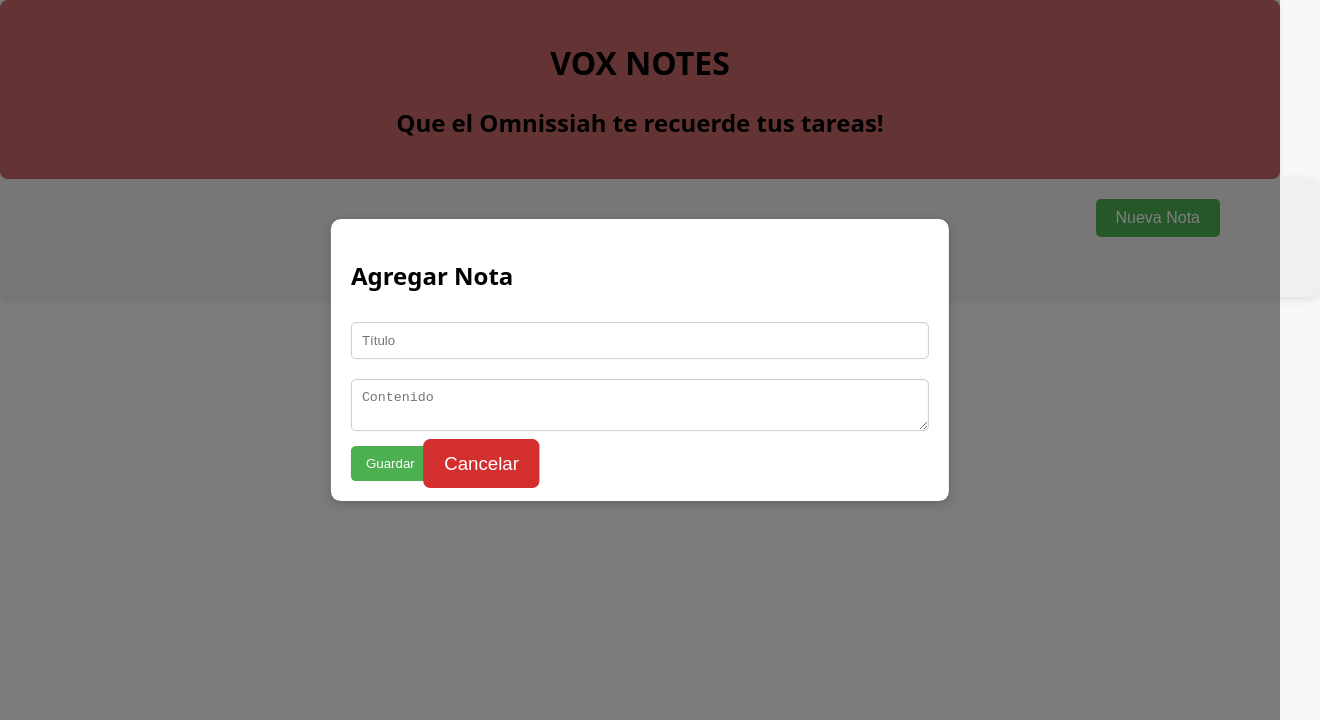
Repository: xunxuno/aplicacion_web_notas
Page: / (app in notas_web_app/), after clicking the first element matching `button.add-note-button`
The author's editor kept a copy of each file at every save. The page is drawn from the files as they stood at one save, then again after the next save.
The browser window is 1280 px wide. The page is 1320 px wide, so the pictures cover 1320 px, including what lies to the right of the window. The pictures show the whole page.
The pointer rests on the first visible `.modal-content .cancel-button`.
The project was rebuilt for these pictures with package versions that can differ from the ones it lists, and the page was loaded fresh each time. Also part of the build but not shown: notas_web_app/vite.config.ts, notas_web_app/src/components/Note.tsx, notas_web_app/src/components/NoteCollection.tsx.

Above is the page before, as saved 2024-10-03 12:47:09.

### notas_web_app/src/main.tsx
import React from 'react';
import ReactDOM from 'react-dom/client'; // Cambiado a ReactDOM para el nuevo root API
import App from './App';
import { NotesProvider } from './contexts/NotesContext';
import './styles.css';

ReactDOM.createRoot(document.getElementById('root')!).render(
  <React.StrictMode>
    <NotesProvider>
      <App />
    </NotesProvider>
  </React.StrictMode>,
);

### notas_web_app/src/App.tsx
// src/App.tsx
import React, { useState, useContext, useEffect } from 'react';
import { NotesProvider, NotesContext } from './contexts/NotesContext';
import NoteCollection from './components/NoteCollection';
import NoteModal from './components/NoteModal';
import './styles.css';
import AppBar from './components/AppBar';
import { DndProvider } from 'react-dnd';
import { HTML5Backend } from 'react-dnd-html5-backend';

interface Note {
  id: string;
  title: string;
  content: string;
  collectionId: string;
}

interface NoteCollectionInterface {
  id: string;
  notes: Note[];
}

const App: React.FC = () => {
  const [isModalOpen, setModalOpen] = useState(false);
  const [activeCollectionId, setActiveCollectionId] = useState<string | null>(null);
  const { state, dispatch } = useContext(NotesContext);

  useEffect(() => {
    console.log("Actualización de colecciones:");
    state.collections.forEach((collection: NoteCollectionInterface) => {
      console.log(`Notas en la colección ${collection.id}:`);
      collection.notes.forEach((n: Note) => {
        console.log(`Nota ID: ${n.id}, Título: ${n.title}, Contenido: ${n.content}`);
      });
    });
  }, [state.collections]);

  const handleAddNote = (note: Omit<Note, 'id'>) => {
    // Usa el ID de colección disponible en el estado
    const collectionIdToUse = state.nextCollectionId.toString();

    // Crea la nota con el ID de colección y luego incrementa el siguiente ID
    dispatch({
      type: 'ADD_NOTE',
      payload: { collectionId: collectionIdToUse, note },
    });

    // Incrementa el ID de colección para la próxima nota
    dispatch({ type: 'INCREMENT_COLLECTION_ID' });

    setModalOpen(false);
  };

  const handleOpenModal = () => {
    if (state.collections.length === 0) {
      setActiveCollectionId(null);
    } else {
      setActiveCollectionId(state.collections[0].id);
    }
    setModalOpen(true);
  };

  return (
    <NotesProvider>
      <DndProvider backend={HTML5Backend}>
        <AppBar />
        <div className="app-container">
          <div className="button-container">
            <button className="add-note-button" onClick={handleOpenModal}>
              Nueva Nota
            </button>
          </div>

          <div className="collections-container">
            {state.collections.map((collection: NoteCollectionInterface) => (
              <NoteCollection
                key={collection.id}
                collection={collection}
                onNoteClick={(noteId) => {
                  console.log("Nota ID:", noteId);
                }}
                onCollectionClick={() => setActiveCollectionId(collection.id)}
                onNoteMove={(noteId, targetCollectionId) => {
                  dispatch({ type: 'MOVE_NOTE', payload: { noteId, targetCollectionId } });
                }}
                onDelete={(noteId) => {
                  dispatch({ type: 'DELETE_NOTE', payload: { noteId } });
                }}
              />
            ))}
          </div>

          {isModalOpen && (
            <NoteModal
              onClose={() => setModalOpen(false)}
              onAddNote={handleAddNote}
              activeCollectionId={activeCollectionId!}
            />
          )}
        </div>
      </DndProvider>
    </NotesProvider>
  );
};

export default App;

### notas_web_app/src/contexts/NotesContext.tsx
import React, { createContext, useReducer, ReactNode } from 'react';

interface Note {
  id: string;
  title: string;
  content: string;
}


interface NoteCollectionInterface {
  id: string; // ID de la colección, generado de manera secuencial
  notes: Note[]; // Lista de notas en la colección
}

interface NotesState {
  collections: NoteCollectionInterface[];
  nextNoteId: number; // Para los IDs de las notas
  nextCollectionId: number; // Para los IDs de las colecciones
}



interface AddNoteAction {
  type: 'ADD_NOTE';
  payload: {
    collectionId: string;
    note: Note;
  };
}

interface DeleteNoteAction {
  type: 'DELETE_NOTE';
  payload: {
    collectionId: string;
    noteId: string;
  };
}

interface MoveNoteAction {
  type: 'MOVE_NOTE';
  payload: {
    noteId: string;
    targetCollectionId: string;
  };
}
type NotesAction = AddNoteAction | DeleteNoteAction | MoveNoteAction;

const initialState: NotesState = {
  collections: [],
  nextNoteId: 1, // Empieza desde 1 para el ID de notas
  nextCollectionId: 1, // Empieza desde 1 para el ID de colecciones
};



const NotesContext = createContext<any>(null);

// Reducer para manejar las acciones
const notesReducer = (state: NotesState, action: NotesAction): NotesState => {
  switch (action.type) {
    case 'ADD_NOTE':
      const newNoteId = state.nextNoteId; // ID de la nueva nota
      const collectionId = action.payload.collectionId || state.nextCollectionId.toString();

      // Verificar si la colección ya existe
      const collectionExists = state.collections.some(collection => collection.id === collectionId);

      const updatedCollections = collectionExists
        ? state.collections.map(collection => {
            if (collection.id === collectionId) {
              const newNote = {
                ...action.payload.note,
                id: newNoteId.toString(), // Asigna el nuevo ID a la nota
              };
              return {
                ...collection,
                notes: [...collection.notes, newNote],
              };
            }
            return collection;
          })
        : [
            ...state.collections,
            {
              id: state.nextCollectionId.toString(), // Crea una nueva colección con ID secuencial
              notes: [
                {
                  ...action.payload.note,
                  id: newNoteId.toString(), // Asigna el nuevo ID a la nota
                  collectionId: state.nextCollectionId.toString(), // Asigna el ID de colección a la nota
                },
              ],
            },
          ];

      return {
        ...state,
        collections: updatedCollections,
        nextNoteId: state.nextNoteId + 1, // Incrementa el ID de la nota
        nextCollectionId: state.nextCollectionId + 1, // Incrementa el ID de la colección para la próxima
      };
    case 'DELETE_NOTE':
      return {
        ...state,
        collections: state.collections.map(collection => ({
          ...collection,
          notes: collection.notes.filter(note => note.id !== action.payload.noteId),
        })),
      };
      case 'MOVE_NOTE': {
        const { noteId, targetCollectionId } = action.payload;

        const sourceCollection = state.collections.find((collection) =>
          collection.notes.find((note) => note.id === noteId)
        );

        if (sourceCollection) {
          // Remover la nota de la colección de origen
          sourceCollection.notes = sourceCollection.notes.filter((note) => note.id !== noteId);

          // Agregar la nota a la colección de destino
          const targetCollection = state.collections.find(
            (collection) => collection.id === targetCollectionId
          );

          if (targetCollection) {
            const noteToMove = sourceCollection.notes.find((note) => note.id === noteId);
            if (noteToMove) {
              targetCollection.notes.push(noteToMove);
            }
          }
        }
        return { ...state, collections: [...state.collections] };
      }
      default:
        return state;
  }
};


// Proveedor del contexto con soporte para 'children'
interface NotesProviderProps {
  children: ReactNode; // Definir el tipo de la prop 'children'
}

const NotesProvider: React.FC<NotesProviderProps> = ({ children }) => {
  const [state, dispatch] = useReducer(notesReducer, initialState);

  return (
    <NotesContext.Provider value={{ state, dispatch }}>
      {children}
    </NotesContext.Provider>
  );
};

export { NotesContext, NotesProvider, notesReducer };

### notas_web_app/src/styles.css
body {
    font-family: 'Noto Sans', sans-serif;
    background-color: #f7f7f7;
    margin: 0;
    padding: 0;
    color: #000;
  }


/* Estilo para el contenedor principal de la aplicación */
.app-container {
  width: 100%; /* Ancho máximo */
  margin: 0 auto; /* Centrar el contenedor */
  padding: 20px; /* Espaciado interno */
  background-color: #f0f0f0; /* Color de fondo claro */
  border-radius: 10px; /* Bordes redondeados */
  box-shadow: 0 2px 10px rgba(0, 0, 0, 0.1); /* Sombra sutil */
}

/* Estilo para el botón de agregar nota */
.add-note-button {
  background-color: #4CAF50; /* Color de fondo verde */
  color: white; /* Color del texto */
  padding: 10px 20px; /* Espaciado interno */
  border: none; /* Sin borde */
  border-radius: 5px; /* Bordes redondeados */
  cursor: pointer; /* Cambia el cursor al pasar sobre el botón */
  margin-bottom: 20px; /* Espacio debajo del botón */
  font-size: 16px; /* Tamaño de fuente */
  transition: background-color 0.3s, transform 0.3s; /* Transición para el color de fondo y zoom */
  /* Ajustes para centrar el botón */
  margin-left: auto; /* Empuja el botón a la derecha */
  margin-right: 60px; /* Margen a la derecha para no pegarse al borde */
}

/* Efecto hover para el botón de agregar nota */
.add-note-button:hover {
  background-color: #45a049; /* Color de fondo más oscuro al pasar el mouse */
  transform: scale(1.8); /* Efecto de zoom al pasar el mouse */
}


.collection-container {
  display: grid; /* Usar grid para organizar las notas */
  grid-template-columns: repeat(4, 1fr); /* 4 columnas */
  gap: 20px; /* Espacio entre notas */
}

/* Estilo para el contenedor de cada colección */
.collection {
  padding: 10px;
  background-color: #f0f0f0;
  margin-bottom: 20px;
  border-radius: 5px; /* Bordes redondeados para la colección */
  display: inline-block; /* Cambiado de block a inline-block para que solo ocupe el ancho necesario */
  width: auto; /* Permitir que el ancho se ajuste al contenido */
}

.button-container {
  display: flex; /* Usar flexbox para alinear los elementos */
  justify-content: flex-end; /* Alinear los elementos al final (derecha) */
  margin-bottom: 20px; /* Margen inferior para separar del siguiente elemento */
  padding: 0 20px; /* Espaciado interno a la izquierda y derecha */
  /* Esto asegura que el botón no se salga del borde */
}



.note {
  width: 200px; /* Ancho fijo de la nota */
  height: 150px; /* Alto fijo de la nota */
  margin-left: 20px;
  padding: 15px; /* Espaciado interno */
  border: 1px solid #ccc; /* Color de borde gris claro */
  border-radius: 5px; /* Bordes redondeados */
  background-color: #fffbcc; /* Color de fondo amarillo claro */
  box-shadow: 0 2px 5px rgba(0, 0, 0, 0.1); /* Sombra ligera */
  display: flex; /* Flexbox para permitir contenido interno */
  flex-direction: column; /* Organizar el contenido en columnas */
  justify-content: space-between; /* Espaciado entre elementos internos */
  overflow: hidden; /* Ocultar el contenido que se desborda */
  transition: transform 0.3s ease; /* Efecto de transición para el zoom */
}

.note:hover {
  transform: scale(1.3); /* Efecto de zoom al pasar el mouse */
}



/* Estilo para el título de la nota */
.note-title {
  font-weight: bold; /* Hacer el título más grueso */
  margin-bottom: 10px; /* Espacio debajo del título */
  font-size: 18px; /* Tamaño de fuente del título */
}

/* Estilo para el contenido de la nota */
.note-content {
  flex-grow: 1; /* Permitir que el contenido ocupe el espacio disponible */
  font-size: 14px; /* Tamaño de fuente del contenido */
  overflow: auto; /* Permitir desplazamiento si hay mucho texto */
  max-height: 100px; /* Ajusta la altura máxima según sea necesario */
  overflow-wrap: break-word; /* Permitir que las palabras largas se dividan */
  word-wrap: break-word; /* Compatibilidad con navegadores más antiguos */
  white-space: normal; /* Permitir que el texto use varias líneas */
}

/* Estilo para el botón de eliminar */
.delete-button {
  background-color: #ff4d4d; /* Color de fondo rojo */
  color: white; /* Color del texto */
  border: none; /* Sin borde */
  border-radius: 5px; /* Bordes redondeados */
  cursor: pointer; /* Cambia el cursor al pasar sobre el botón */
  padding: 5px 10px; /* Espaciado interno */
  font-size: 14px; /* Tamaño de fuente */
}


/* Estilo para el fondo del modal */
.modal-background {
  position: fixed; /* Fijar el fondo para cubrir toda la pantalla */
  top: 0;
  left: 0;
  width: 100%; /* Ancho completo */
  height: 100%; /* Altura completa */
  background-color: rgba(0, 0, 0, 0.5); /* Fondo oscuro con opacidad */
  display: flex; /* Usar flexbox para centrar el contenido */
  justify-content: center; /* Centrar horizontalmente */
  align-items: center; /* Centrar verticalmente */
  z-index: 1000; /* Asegurar que el modal esté por encima de otros elementos */
}

/* Estilo para el contenedor del modal */
.modal-content {
  position: fixed; /* Mantiene el modal en una posición fija */
  top: 50%; /* Centra verticalmente */
  left: 50%; /* Centra horizontalmente */
  transform: translate(-50%, -50%); /* Ajusta para centrar completamente */
  background-color: #fff; /* Color de fondo blanco */
  padding: 20px; /* Espaciado interno */
  border-radius: 10px; /* Bordes redondeados */
  box-shadow: 0 2px 10px rgba(0, 0, 0, 0.2); /* Sombra */
  z-index: 1000; /* Asegura que esté por encima de otros elementos */
}

/* Estilo para los inputs del modal */
.modal-content input,
.modal-content textarea {
  width: 100%; /* Ancho completo */
  padding: 10px; /* Espaciado interno */
  margin: 10px 0; /* Margen superior e inferior */
  border: 1px solid #ccc; /* Borde gris claro */
  border-radius: 5px; /* Bordes redondeados */
  box-sizing: border-box; /* Asegura que el padding no aumente el tamaño total */
}

/* Estilo para los botones del modal */
.modal-content button {
  background-color: #4CAF50; /* Color de fondo verde */
  color: white; /* Color del texto */
  padding: 10px 15px; /* Espaciado interno */
  border: none; /* Sin borde */
  border-radius: 5px; /* Bordes redondeados */
  cursor: pointer; /* Cambia el cursor al pasar sobre el botón */
  margin-right: 10px; /* Espacio entre botones */
  transition: background-color 0.3s, transform 0.3s; /* Transición para el color de fondo y zoom */
}

/* Efecto hover para los botones del modal */
.modal-content button:hover {
  background-color: #45a049; /* Color más oscuro al pasar el mouse */
  transform: scale(1.05); /* Efecto de zoom al pasar el mouse */
}

/* Estilo para el botón de cancelar en el modal */
.modal-content .cancel-button {
  background-color: #f44336; /* Color de fondo rojo */
  color: white; /* Color del texto */
  padding: 10px 15px; /* Espaciado interno */
  border: none; /* Sin borde */
  border-radius: 5px; /* Bordes redondeados */
  cursor: pointer; /* Cambia el cursor al pasar sobre el botón */
  margin-right: 10px; /* Espacio entre botones */
  transition: background-color 0.3s, transform 0.3s; /* Transición para el color de fondo y zoom */
}

/* Efecto hover para el botón de cancelar en el modal */
.modal-content .cancel-button:hover {
  background-color: #d32f2f; /* Color más oscuro al pasar el mouse */
  transform: scale(1.4); /* Efecto de zoom al pasar el mouse */
}


@media (max-width: 768px) {
  .collection-container {
    grid-template-columns: repeat(2, 1fr);
  }
}

/* Para pantallas muy pequeñas, 1 columna */
@media (max-width: 480px) {
  .collection-container {
    grid-template-columns: 1fr;
  }
}

### notas_web_app/src/components/NoteModal.tsx
import React, { useState, useContext } from 'react';
import { NotesContext } from '../contexts/NotesContext';
import { NoteInterface } from './NoteCollection'; // Importar la interfaz correcta

interface NoteModalProps {
  onClose: () => void;
  onAddNote: (note: Omit<NoteInterface, 'id'>) => void; // Acepta Omit<NoteInterface, 'id'>
  activeCollectionId: string | null; // ID de la colección activa
}

const NoteModal: React.FC<NoteModalProps> = ({ onClose, onAddNote, activeCollectionId }) => {
  const [title, setTitle] = useState('');
  const [content, setContent] = useState('');
  const { state } = useContext(NotesContext);

  const handleSave = () => {
    if (title.trim() === '' || content.trim() === '') {
      alert("Por favor, completa todos los campos.");
      return; // Salir de la función si hay campos vacíos
    }

    const newNote: Omit<NoteInterface, 'id'> = {
      title,
      content,
      collectionId: activeCollectionId || '',
    };

    console.log("Nueva Nota:", newNote);
    onAddNote(newNote);
    console.log("Estado actualizado de las colecciones: ", state.collections);
    setTitle(''); // Reiniciar el campo de título
    setContent(''); // Reiniciar el campo de contenido
    onClose(); // Cerrar el modal después de guardar
  };

  return (
    <div className="modal-background"> {/* Contenedor del fondo */}
      <div className="modal-content"> {/* Contenedor del contenido del modal */}
        <h2>Agregar Nota</h2>
        <input
          type="text"
          placeholder="Título"
          value={title}
          onChange={(e) => setTitle(e.target.value)}
        />
        <textarea
          placeholder="Contenido"
          value={content}
          onChange={(e) => setContent(e.target.value)}
        />
        <button onClick={handleSave}>Guardar</button>
        <button className="cancel-button" onClick={onClose}>Cancelar</button>
      </div>
    </div>
  );
};

export default NoteModal;

### notas_web_app/src/components/AppBar.tsx
// AppBar.tsx
import React from 'react';

const AppBar: React.FC = () => {
  const appBarStyle = {
    backgroundColor: '#C96868', // Color pastel
    borderRadius: '8px',
    margin: '0',
    padding: '20px',
    boxShadow: '0 2px 4px rgba(0, 0, 0, 0.1)', // Agregar sombra para mayor profundidad
  };

  return (
    <div style={appBarStyle}>
  <h1
    style={{
      textAlign: 'center',
      transition: 'transform 0.3s ease',
      cursor: 'pointer'
    }}
    onMouseOver={(e) => e.currentTarget.style.transform = 'scale(2.2)'}
    onMouseOut={(e) => e.currentTarget.style.transform = 'scale(1)'}
  >
    VOX NOTES
  </h1>
  <h2 style={{ textAlign: 'center' }}>Que el Omnissiah te recuerde tus tareas!</h2>
</div>
  );
};

export default AppBar;

Loaded but not shown: notas_web_app/index.html (common file)

After the next save:
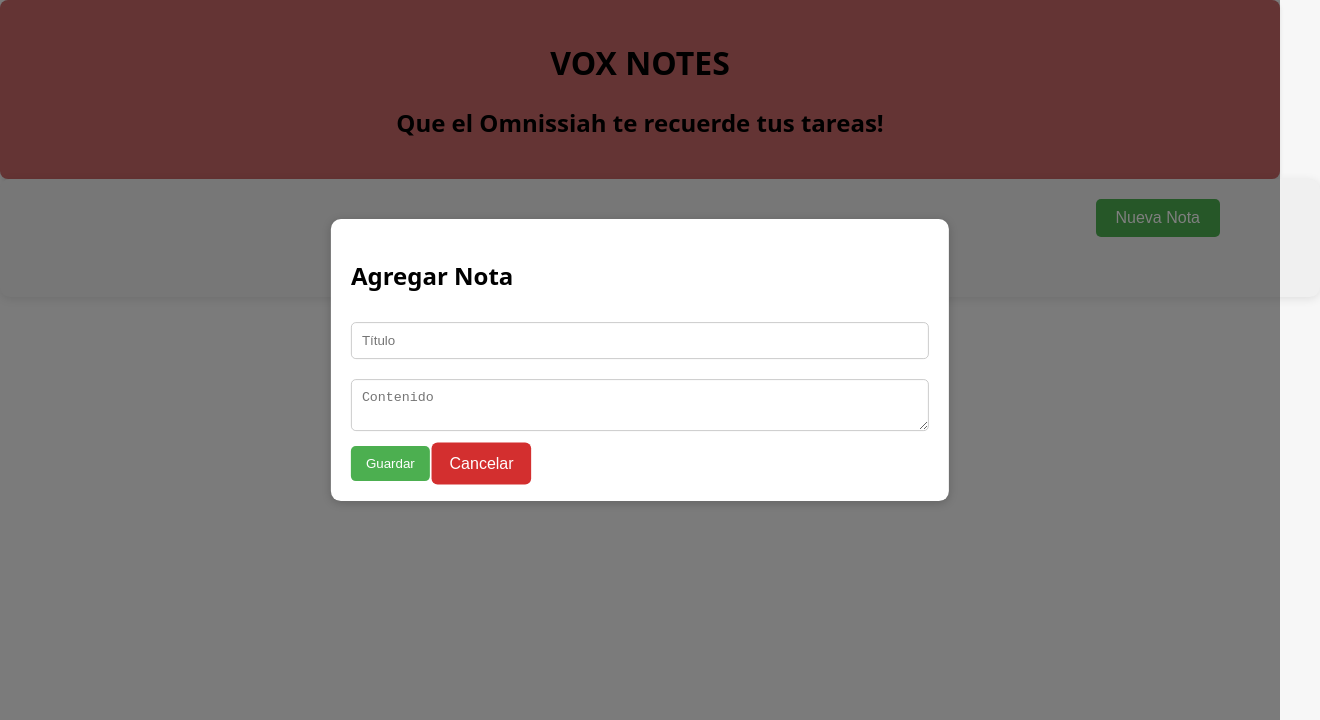
Saved 12 s later.
--- a/notas_web_app/src/styles.css
+++ b/notas_web_app/src/styles.css
@@ -189,7 +189,7 @@ body {
 /* Efecto hover para el botón de cancelar en el modal */
 .modal-content .cancel-button:hover {
   background-color: #d32f2f; /* Color más oscuro al pasar el mouse */
-  transform: scale(1.4); /* Efecto de zoom al pasar el mouse */
+  transform: scale(1.2); /* Efecto de zoom al pasar el mouse */
 }
 
 
